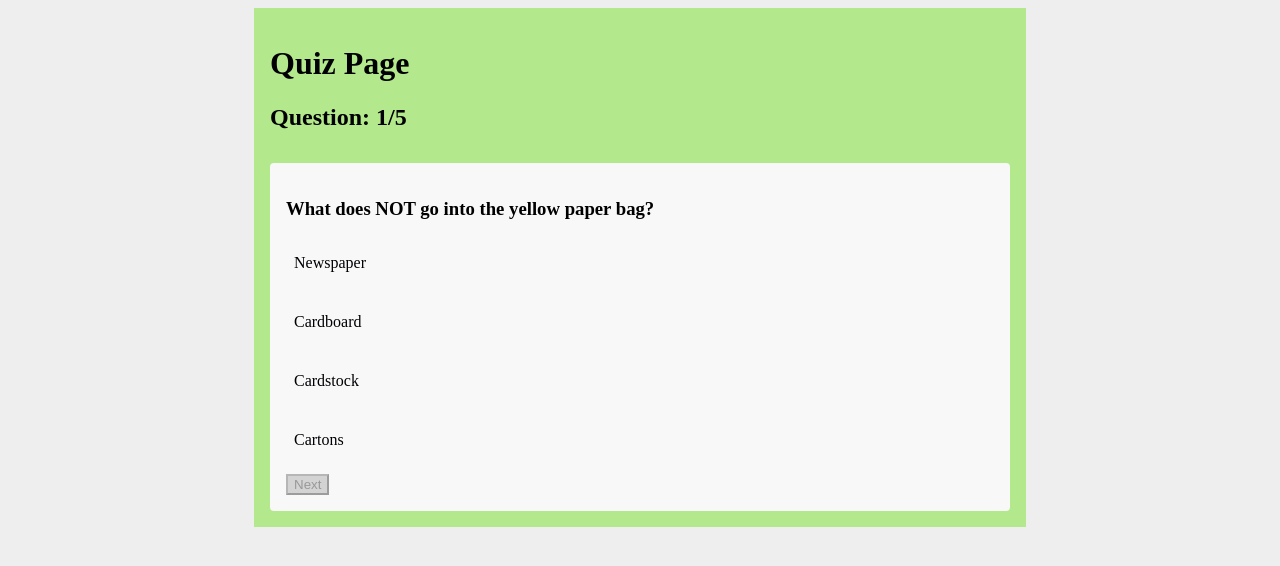
Repository: alemunden/Trash-Scavengers
Page: /quiz
These files come from the project's save history. The page is drawn as it stood at one moment and after the next save; the edit follows.
The browser window is 1280 px wide. The pictures show the whole page.
The project was rebuilt for these pictures with package versions that can differ from the ones it lists, and the page was loaded fresh each time. The framework's server and built-in components were replaced by stand-ins that run in the browser. Also part of the build but not shown: next.config.mjs.

Above is the page before, as saved 2024-04-07 20:12:55.

After the next save:
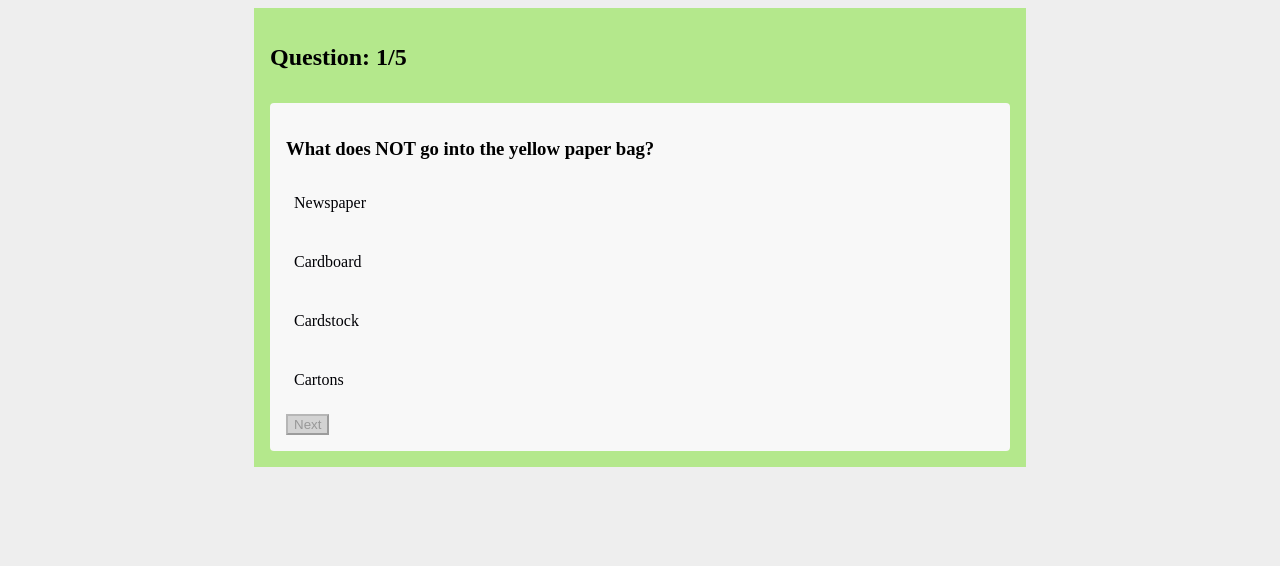
Saved 3 min 45 s later.
--- a/pages/quiz.js
+++ b/pages/quiz.js
@@ -56,7 +56,6 @@ export default function Quiz() {
 
     return(
         <div className={styles.container}>
-            <h1>Quiz Page</h1>
             <div>
                 <h2>
                     Question: {activeQuestion + 1}
